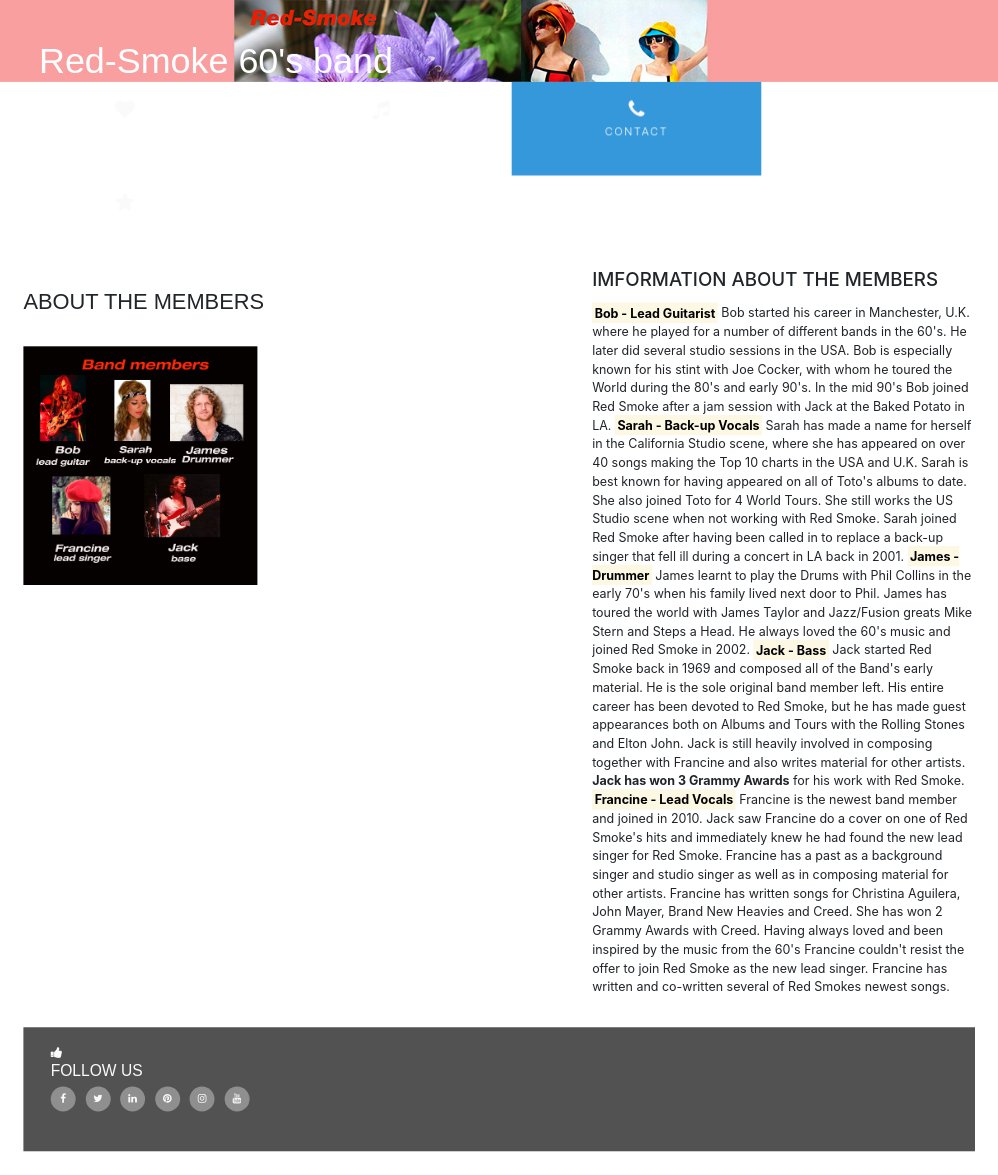
Repository: eazeldon/first-website-project
Page: pictures.html
The author's editor kept a record of every edit. The page is drawn from the files as they stood at one moment, then again after the next edit.
The browser window is 1280 px wide. The pictures show the whole page, at 78% of full size.

Above is the page before.

After the next edit:
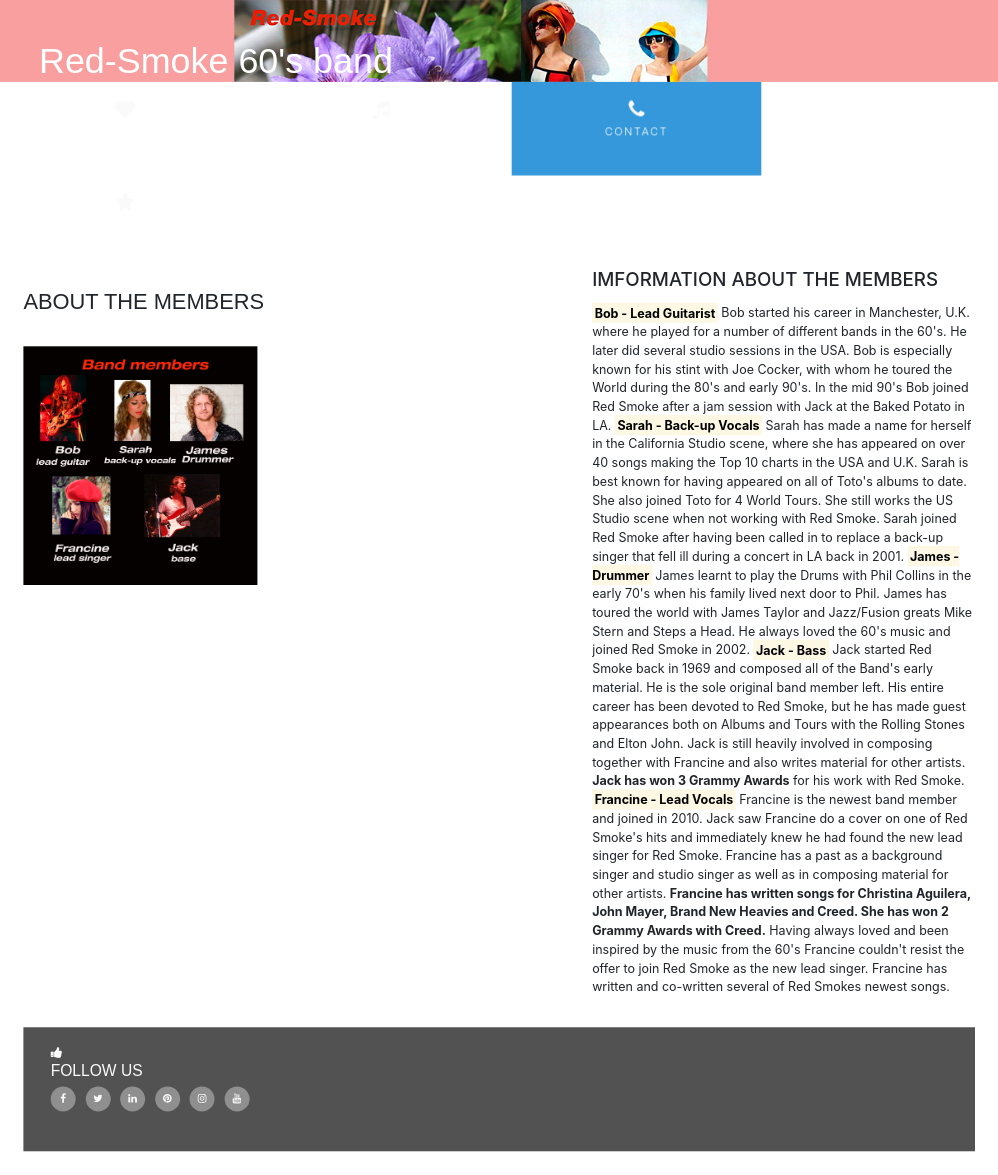
The edit:
--- a/pictures.html
+++ b/pictures.html
@@ -118,7 +118,7 @@
                                     Francine is the newest band member and joined in 2010.
                                     Jack saw Francine do a cover on one of Red Smoke's hits and immediately knew he had found the new lead singer for Red Smoke.
                                     Francine has a past as a background singer and studio singer as well as in composing material for other artists.
-                                    Francine has written songs for Christina Aguilera, John Mayer, Brand New Heavies and Creed. She has won 2 Grammy Awards with Creed.
+                                    <strong>Francine has written songs for Christina Aguilera, John Mayer, Brand New Heavies and Creed. She has won 2 Grammy Awards with Creed.</strong>
                                     Having always loved and been inspired by the music from the 60's Francine couldn't resist the offer to join Red Smoke as the new lead singer.
                                     Francine has written and co-written several of Red Smokes newest songs.
 
